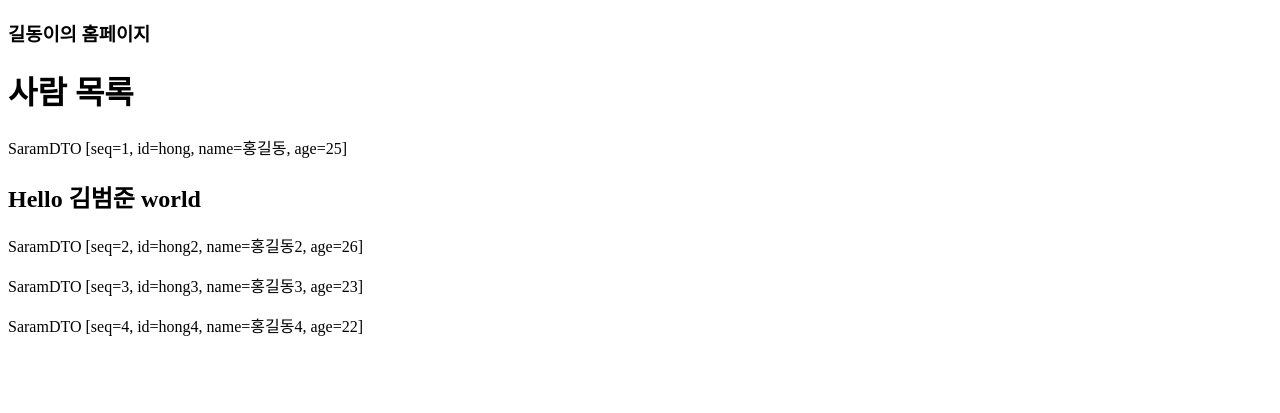
Repository: Parkdolodong/Backend
Page: http://localhost/jsp_servlet_ex04/saram/list.do
These files come from the project's save history. The page is drawn as it stood at one moment and after the next save; the edit follows.
The browser window is 1280 px wide. The pictures show the whole page.
The page is served by Tomcat 9.

Above is the page before, as saved 2023-02-28 02:36:10.

After the next save:
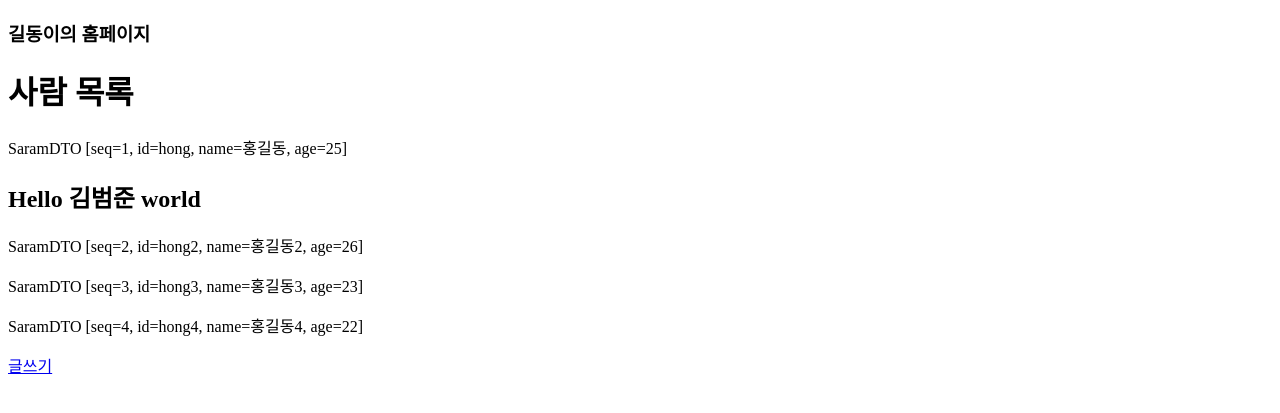
Saved 3 min 21 s later.
--- a/jsp_servlet/jsp_servlet_ex04/webapp/WEB-INF/views/saram/list.jsp
+++ b/jsp_servlet/jsp_servlet_ex04/webapp/WEB-INF/views/saram/list.jsp
@@ -39,5 +39,6 @@ for(SaramDTO saram : list) {
 }
 %>
 
+<p><a href="input.do">글쓰기</a></p>
 </body>
 </html>
